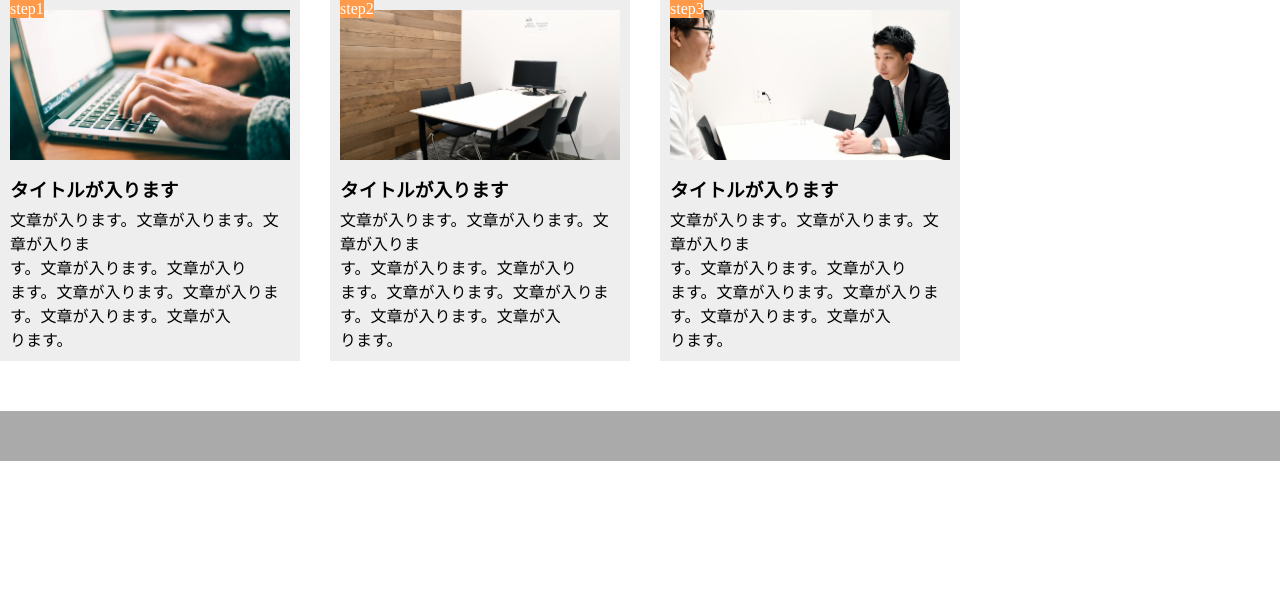
Repository: ryosei-110/HTML-CSS-
Page: 1-9exercise/1-9-2.html
The author's editor kept a record of every edit. The page is drawn from the files as they stood at one moment, then again after the next edit.
The browser window is 1280 px wide. The pictures show the whole page.

Above is the page before.

### 1-9exercise/1-9-2.html
<!DOCTYPE html>
<html lang="ja">
  <head>
    <meta charset="UTF-8" />
    <link rel="stylesheet" href="1-9-2.css" />
    <title>9章演習問題2</title>
  </head>

  <body>
    <header></header>

    <main>
      <div class="box">
        <div class="box-text">step1</div>
        <div class="image1"></div>
        <h3>タイトルが入ります</h3>
        <p>
          文章が入ります。文章が入ります。文章が入りま<br>
          す。文章が入ります。文章が入り<br>
          ます。文章が入ります。文章が入ります。文章が入ります。文章が入<br>
          ります。
        </p>
      </div>
      <div class="box">
        <div class="box-text">step2</div>
        <div class="image2"></div>
        <h3>タイトルが入ります</h3>
        <p>
          文章が入ります。文章が入ります。文章が入りま<br>
          す。文章が入ります。文章が入り<br>
          ます。文章が入ります。文章が入ります。文章が入ります。文章が入<br>
          ります。
        </p>
      </div>
      <div class="box">
        <div class="box-text">step3</div>
        <div class="image3"></div>
        <h3>タイトルが入ります</h3>
        <p>
          文章が入ります。文章が入ります。文章が入りま<br>
          す。文章が入ります。文章が入り<br>
          ます。文章が入ります。文章が入ります。文章が入ります。文章が入<br>
          ります。
        </p>
      </div>
    </main>

    <footer></footer>
  </body>
  </html>

### 1-9exercise/1-9-2.css
* {
  margin: 0;
  padding: 0;
  box-sizing: border-box;
}

.orange {
  background-color: #ff9a4b;
  width: 100%;
  height: 50px;
  margin-bottom: 50px;
}

footer {
  background-color: #aaaaaa;
  width: 100%;
  height: 50px;
  margin-top: 50px;
}

main {
  width: 960px;
  height: auto;
  display: flex;
  flex-wrap:wrap;
  justify-content: center;
}

.box {
  width: 300px;
  margin-right: 30px;
  padding: 10px;
  background-color: #eeeeee;
}

.box:last-child {
  margin-right: 0;
}

.image1 {
  background-image: url(img/flow01.png);
  margin-bottom: 15px;
  width: 280px;
  height: 150px;
  background-size: cover;
  background-position: bottom center;
}

.image2 {
  background-image: url(img/flow02.png);
  margin-bottom: 15px;
  width: 280px;
  height: 150px;
  background-size: cover;
  background-position: bottom center;
}

.image3{
  background-image: url(img/flow03.png);
  margin-bottom: 15px;
  width: 280px;
  height: 150px;
  background-size: cover;
  background-position: bottom center;
}

p {
  margin-top: 5px;
}

.box-text {
  position: absolute;
  top: 0;
  left 0;
  background-color: #ff9a4b;
  color: white;
}

After the next edit:
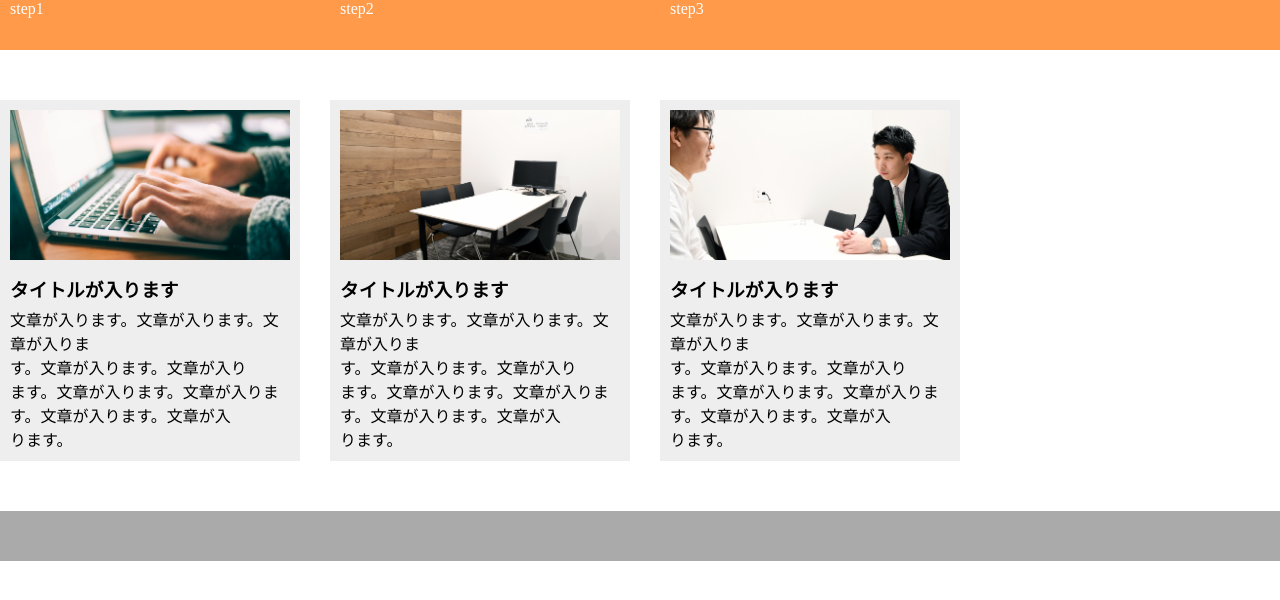
The edit:
--- a/1-9exercise/1-9-2.css
+++ b/1-9exercise/1-9-2.css
@@ -4,7 +4,7 @@
   box-sizing: border-box;
 }
 
-.orange {
+header {
   background-color: #ff9a4b;
   width: 100%;
   height: 50px;
